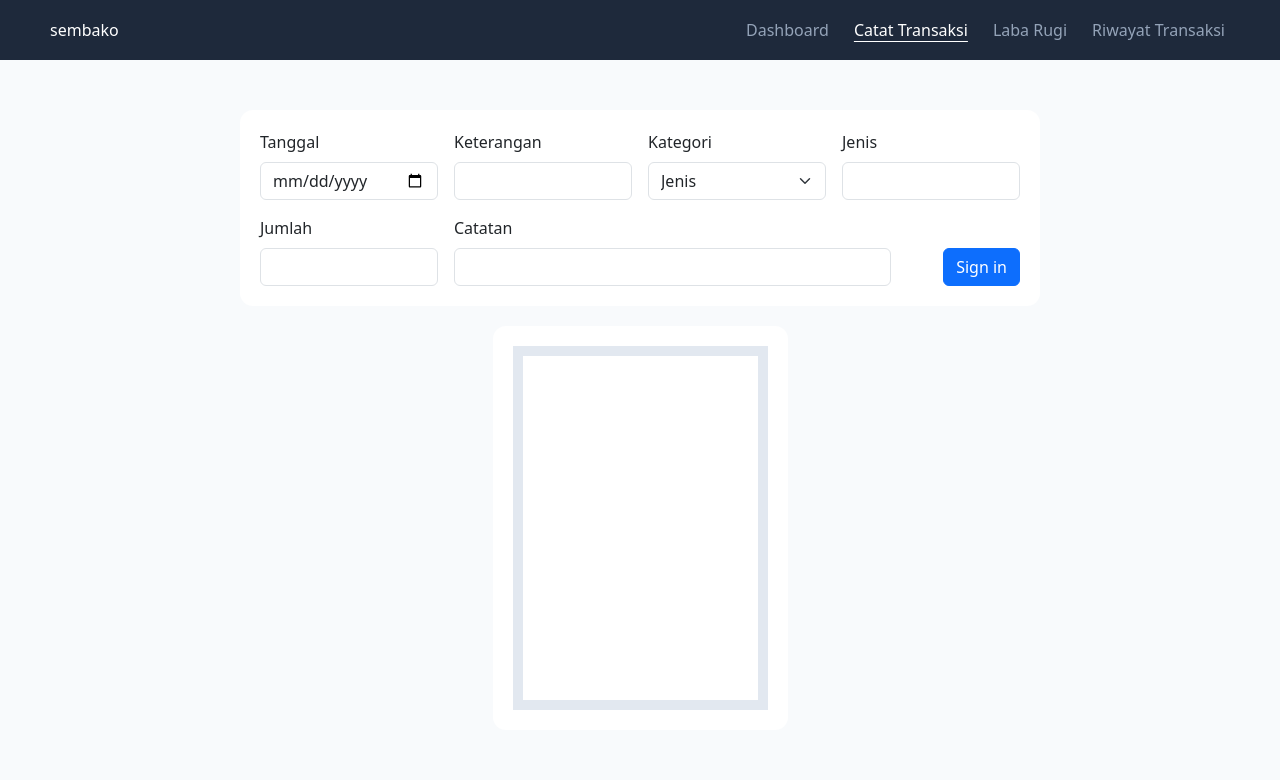
Repository: musdalifahzahra/Projek-Akhir-PWD-2026
Page: http://localhost/3-catat-transaksi.php
These files come from the project's save history. The page is drawn as it stood at one moment and after the next save; the edit follows.
The browser window is 1280 px wide. The pictures show the whole page.
The page is run by PHP 8.4 with error messages shown; the project is at /var/www/html/.

Above is the page before, as saved 2026-04-10 17:16:20.

### 3-catat-transaksi.php
<!DOCTYPE html>
<html lang="en">

<head>
    <meta charset="UTF-8">
    <meta name="viewport" content="width=device-width, initial-scale=1.0">
    <title>Catat Transaksi</title>
    <link rel="stylesheet" href="https://cdn.jsdelivr.net/npm/bootstrap@5.3.8/dist/css/bootstrap.min.css">
    <link rel="stylesheet" href="template-css.css">
    <link rel="stylesheet" href="3-catat-transaksi-css.css">
</head>

<body>
    <nav>
        <div class="profile">
            <span>sembako</span>
        </div>
        <div class="nav_list">
            <ul>
                <li><a href="2-dashboard.php">Dashboard</a></li>
                <li><a href="3-catat-transaksi.php" class="nav-active">Catat Transaksi</a></li>
                <li><a href="4-laba-rugi.php">Laba Rugi</a></li>
                <li><a href="5-laporan.php">Riwayat Transaksi</a></li>
            </ul>
        </div>
    </nav>

    <div class="wrap">
        <!-- input transaksi -->
        <div class="input-transaksi template">
            <form class="row g-3">
                <!-- tanggal -->
                <div class="col-md-3">
                    <label for="inputCity" class="form-label">Tanggal</label>
                    <input type="date" class="form-control" id="inputCity">
                </div>
                <!-- keterangan -->
                <div class="col-md-3">
                    <label for="inputZip" class="form-label">Keterangan</label>
                    <input type="text" class="form-control" id="inputZip">
                </div>
                <!-- jenis -->
                <div class="col-md-3">
                    <label for="inputZip" class="form-label">Kategori</label>
                    <select class="form-select" aria-label="Default select example">
                        <option selected>Jenis</option>
                        <option value="Pemasukan">Pemasukan</option>
                        <option value="Pengeluaran">Pengeluaran</option>
                    </select>
                </div>
                <!-- catatan -->
                <div class="col-md-3">
                    <label for="inputZip" class="form-label">Jenis</label>
                    <input type="text" class="form-control" id="inputZip">
                </div>
                <!-- kategotri-->
                <div class="col-md-3">
                    <label for="inputZip" class="form-label">Jumlah</label>
                    <input type="number" class="form-control" id="inputZip">
                </div>
                <!-- jumlah -->
                <div class="col-md-7">
                    <label for="inputZip" class="form-label">Catatan</label>
                    <input type="text" class="form-control" id="inputZip">
                </div>
                <!-- submit -->
                <div class="col-md-2 d-flex align-items-end justify-content-end">
                    <button type="submit" class="btn btn-primary">Sign in</button>
                </div>
            </form>
        </div>

        <!-- transaksi terbaru -->
        <div class="transaksi-terbaru template">
            <input type="text">
        </div>
    </div>
</body>

</html>

### template-css.css
:root {
  --color-nav: #1e293b;
  --color-bag-web: #f8fafc;
  --color-card: #ffffff;
  --color-belum-dipencet: #94a3b8;
  --color-kurson: #cbd5e1;
  --color-tulisan-utama: #334155;
  --color-pemasukan: #10b981;
  --color-pengeluaran: #ef4444;
  --color-border: #E2E8F0;
}

nav {
  background-color: var(--color-nav);
  height: 60px;
  display: flex;
  align-items: center;
  justify-content: space-between;
  padding: 0px 50px;
  z-index: 1;
}

nav span {
  color: var(--color-card);
}

nav ul {
  padding: 0px;
  margin: 0px;
  display: flex;
  gap: 20px;
}
nav li {
  margin-right: 5px;
  display: inline;
  font-style: none;
}

nav a {
  color: var(--color-belum-dipencet);
  text-decoration: none;
}

.nav-active {
  color: var(--color-card);
  text-decoration: underline;
  text-underline-offset: 5px;
}

nav a:hover {
  color: var(--color-kurson);
}
body {
  background-color: var(--color-bag-web);
}

### 3-catat-transaksi-css.css
.wrap {
  display: flex;
  flex-direction: column;
  z-index: 2;
  width: 100%;
  min-height: 100vh;
  background-color: var(--color-bag-web);
  padding: 50px 20px;
  gap: 20px;
  justify-content: center;
  align-items: center;
}


.template {
  padding: 20px;
  background-color: var(--color-card);
  border-radius: 13px;
  max-width: 800px;
}

.input-transaksi {
  display: flex;

  /* padding: 20px; */
}

.transaksi-terbaru {
  display: flex;
  flex: 1;
  /* padding: 20px; */
}
form .catat{
    margin: 0px;
    padding: 0px;
}

input{
    border: 10px solid var(--color-border);
}

After the next save:
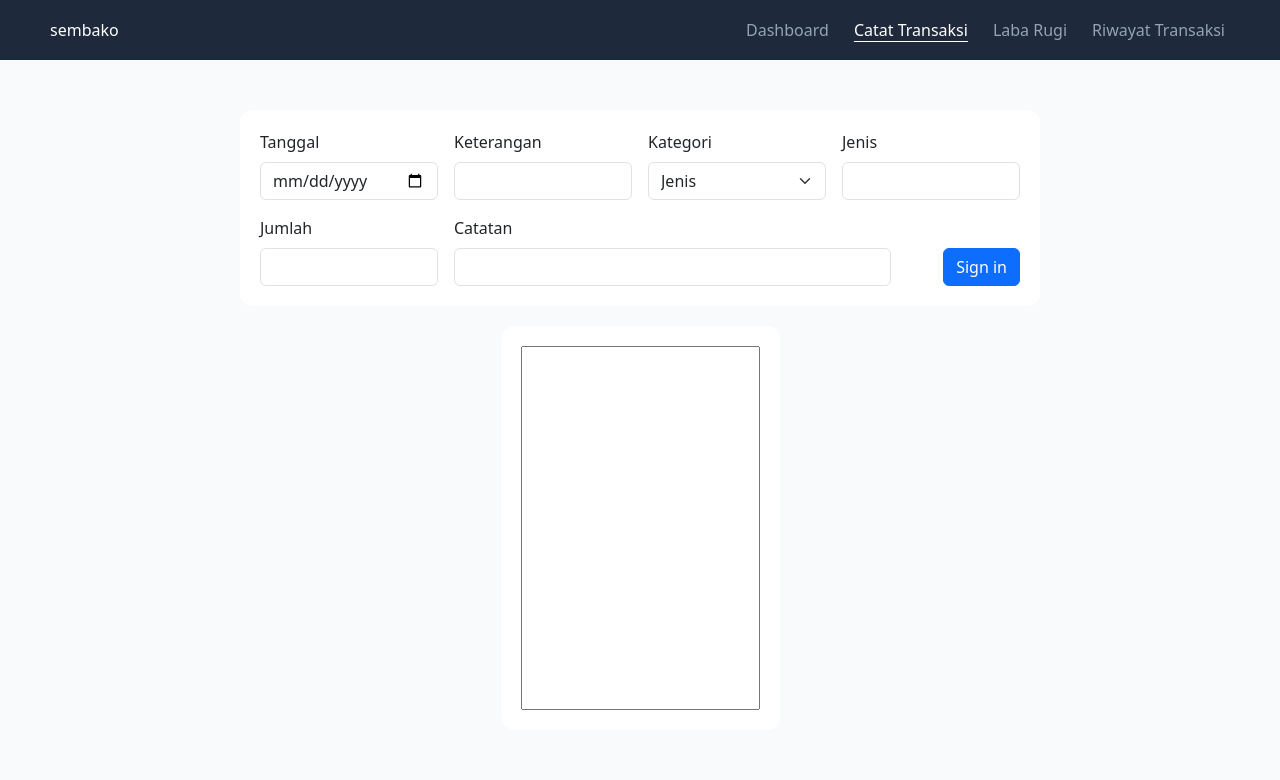
Saved 23 s later.
--- a/3-catat-transaksi-css.css
+++ b/3-catat-transaksi-css.css
@@ -35,6 +35,6 @@ form .catat{
     padding: 0px;
 }
 
-input{
+form-control{
     border: 10px solid var(--color-border);
 }
